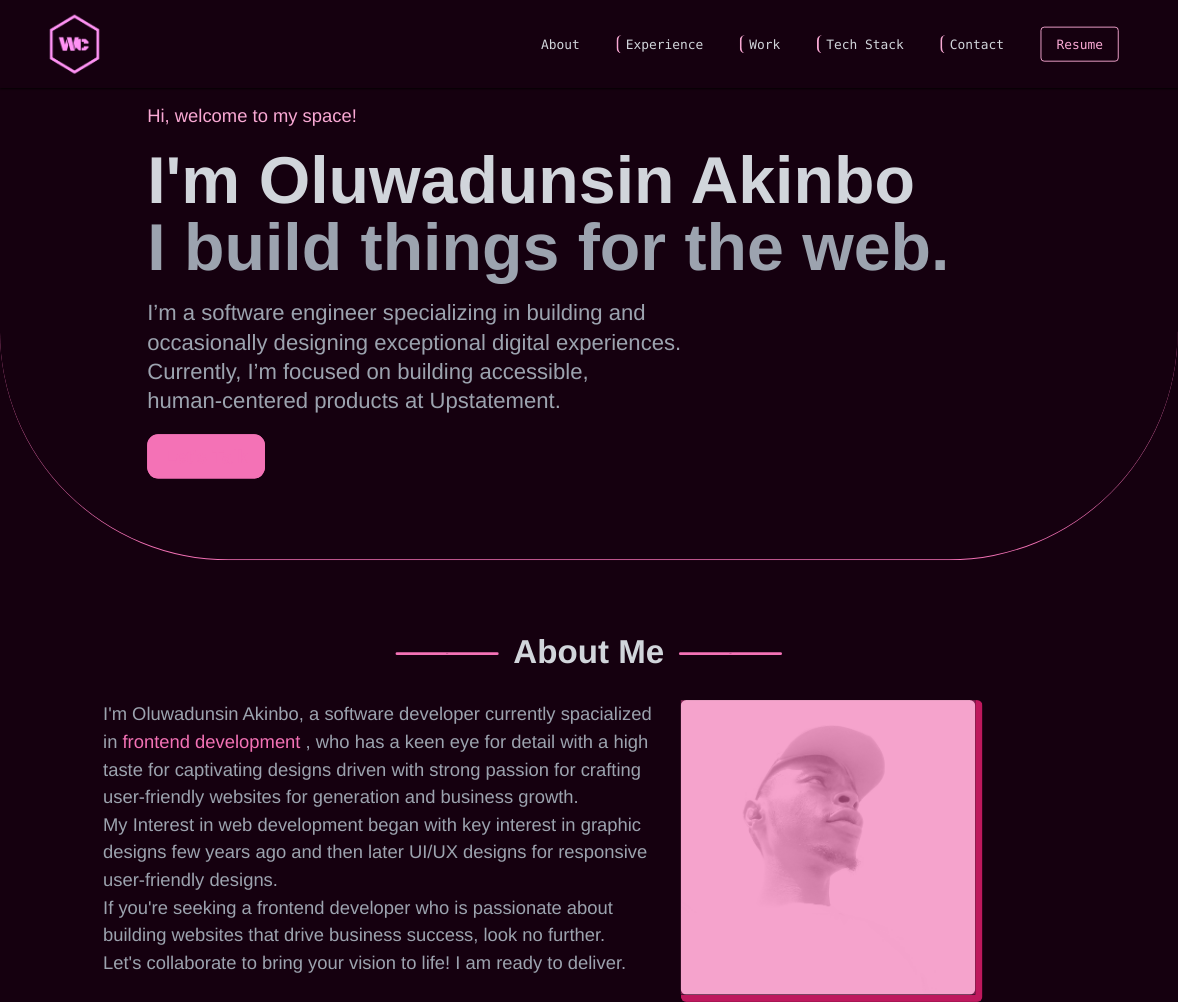
Repository: EmmyDunny1/myPortfolio
Page: / (app in MyPortfolio/)
The author's editor kept a copy of each file at every save. The page is drawn from the files as they stood at one save, then again after a run of saves.
The browser window is 1280 px wide. The pictures show the whole page, at 92% of full size.
The project was rebuilt for these pictures with package versions that can differ from the ones it lists, and the page was loaded fresh each time. Also part of the build but not shown: MyPortfolio/vite.config.js.

Above is the page before, as saved 2025-01-14 21:05:19.

After the next 2 saves:
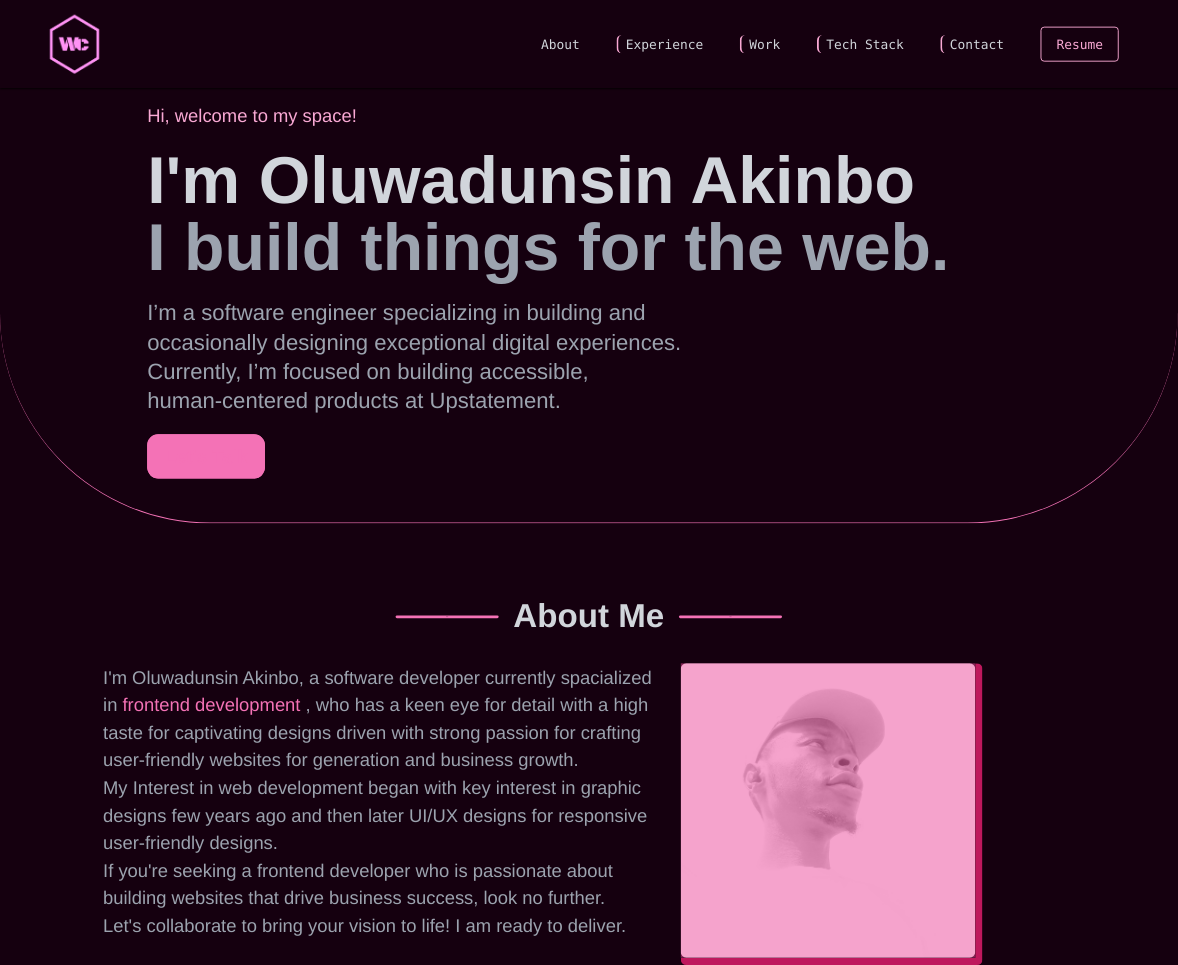
The 2 saves are shown as one change because they came seconds apart.
The last was saved 14 s later.
--- a/MyPortfolio/src/components/HeroSection.jsx
+++ b/MyPortfolio/src/components/HeroSection.jsx
@@ -16,7 +16,7 @@ const HeroSection = () => {
 
 <button className='relative h-[3rem] w-[8rem] border-solid border-pink-400 border-2 text-pink-400 text-xl font-bold rounded-xl'>Let's Talk</button>
 
-<button className='h-[3rem] w-[8rem] bg-pink-400  text-pink-400 text-xl font-bold rounded-xl mb-10 ml-[-8rem]'>Let's Talk</button>
+<button className=' absolute h-[3rem] w-[8rem] bg-pink-400  text-pink-400 text-xl font-bold rounded-xl mb-10 ml-[-8rem]'>Let's Talk</button>
 
     </div>
   )
